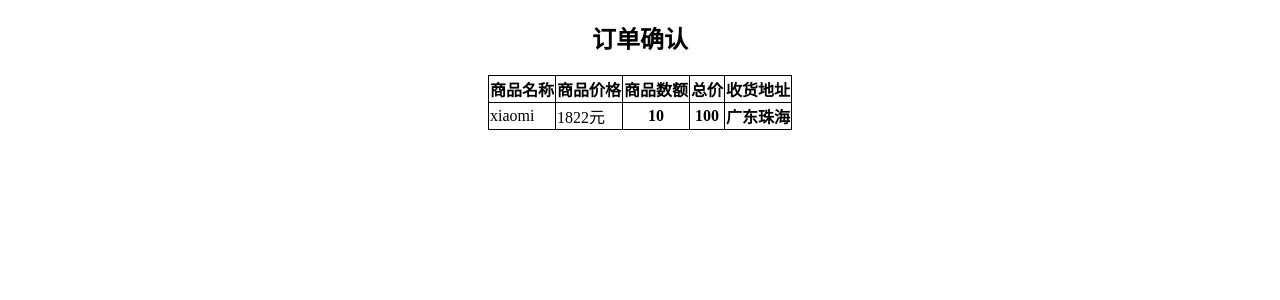
Repository: kairynx/js-
Page: 案例1渲染表格.html
The author's editor kept a copy of each file at every save. The page is drawn from the files as they stood at one save, then again after a run of saves.
The browser window is 1280 px wide. The pictures show the whole page.

Above is the page before, as saved 2026-03-08 21:12:13.

### 案例1渲染表格.html
<!DOCTYPE html>
<html lang="en">
<head>
    <meta charset="UTF-8">
    <meta name="viewport" content="width=device-width, initial-scale=1.0">
    <title>Document</title>
</head>
<style>
    h2{
        text-align: center
    }
    table,th,td{
        border:1px,solid,black
    }
    table
    /* 合并相邻边框 */
    {border-collapse: collapse;
    height: 8px;
    margin:0 auto;}
    th{
        padding: 5px,20px;
    }
</style>
<body>
    <h2>订单确认</h2>
     <table>
        <tr>
            <th>商品名称</th>
            <th>商品价格</th>
            <th>商品数额</th>
            <th>总价</th>
            <th>收货地址</th>
        </tr>
        <tr>
            <td>xiaomi</th>
            <td>1822元</th>
            <th>10</th>
            <th>100</th>
            <th>广东珠海</th>
        </tr>
     </table>
</body>
</html>

After the next 9 saves:
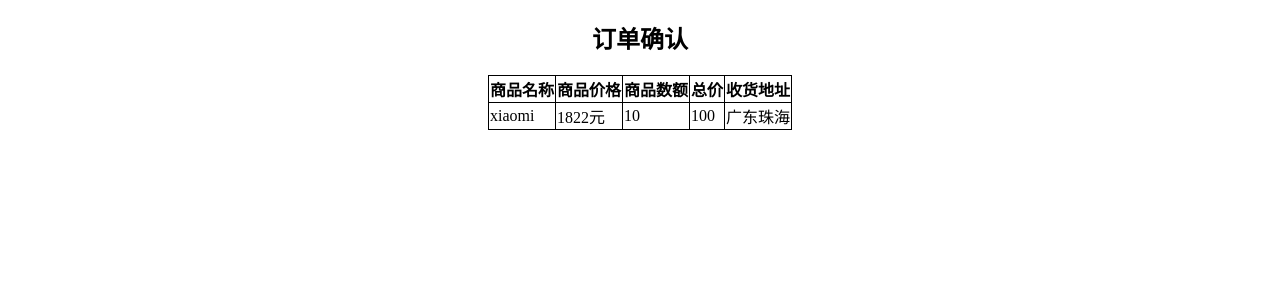
The 9 saves are shown as one change because they came seconds apart.
The last was saved 16 s later.
--- a/案例1渲染表格.html
+++ b/案例1渲染表格.html
@@ -32,11 +32,11 @@
             <th>收货地址</th>
         </tr>
         <tr>
-            <td>xiaomi</th>
-            <td>1822元</th>
-            <th>10</th>
-            <th>100</th>
-            <th>广东珠海</th>
+            <td>xiaomi</td>
+            <td>1822元</td>
+            <td>10</td>
+            <td>100</td>
+            <td>广东珠海</td>
         </tr>
      </table>
 </body>
